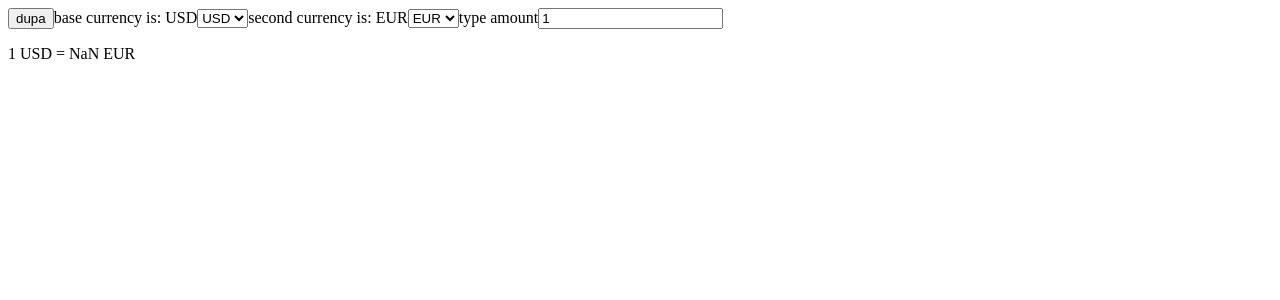
Repository: olorin44/currency
Page: index.html
An editor plug-in stored every save of this project. The page is shown before and after the next save, followed by the edit.
The browser window is 1280 px wide. The pictures show the whole page.

Above is the page before, as saved 2019-03-31 21:20:11.

### index.html
<!DOCTYPE html>
<html>
  <head>
    <meta charset="UTF-8" />
    <meta name="viewport" content="width=device-width, initial-scale=1.0" />
    <title>Currency exchange</title>
    <script
      src="https://unpkg.com/react@16/umd/react.development.js"
      crossorigin
    ></script>
    <script
      src="https://unpkg.com/react-dom@16/umd/react-dom.development.js"
      crossorigin
    ></script>
    <script src="https://unpkg.com/@babel/standalone/babel.min.js"></script>
  </head>
  <body>
    <div id="root"></div>
    <script type="text/babel" src="js/index.js"></script>
  </body>
</html>

### js/index.js
// const urlCurrency = "https://api.nbp.pl/api/exchangerates/rates/a/";

// let currencyDataTableAll = [];

// const getCurrencyData = () => {
//   fetch(urlCurrency + "GBP")
//     .then(resp => resp.json())
//     .then(resp => {
//       let currencyDataGBP = {
//         id: 1,
//         code: resp.code,
//         name: resp.currency,
//         rate: resp.rates[0].mid,
//         date: resp.rates[0].effectiveDate
//       };
//       currencyDataTableAll.push(currencyDataGBP);
//     });
//   fetch(urlCurrency + "USD")
//     .then(resp => resp.json())
//     .then(resp => {
//       let currencyDataUSD = {
//         id: 2,
//         code: resp.code,
//         name: resp.currency,
//         rate: resp.rates[0].mid,
//         date: resp.rates[0].effectiveDate
//       };
//       currencyDataTableAll.push(currencyDataUSD);
//     });
//   fetch(urlCurrency + "EUR")
//     .then(resp => resp.json())
//     .then(resp => {
//       let currencyDataEUR = {
//         id: 3,
//         code: resp.code,
//         name: resp.currency,
//         rate: resp.rates[0].mid,
//         date: resp.rates[0].effectiveDate
//       };
//       currencyDataTableAll.push(currencyDataEUR);
//     });
//   fetch(urlCurrency + "CHF")
//     .then(resp => resp.json())
//     .then(resp => {
//       let currencyDataCHF = {
//         id: 4,
//         code: resp.code,
//         name: resp.currency,
//         rate: resp.rates[0].mid,
//         date: resp.rates[0].effectiveDate
//       };
//       currencyDataTableAll.push(currencyDataCHF);
//     });
// };

// window.onload = getCurrencyData();

// const Cash = props => {
//   const value = (props.cash / props.rate).toFixed(2);
//   return (
//     <div>
//       {props.cash} {"PLN You can exchange for:"} {props.cash <= 0 ? "" : value}{" "}
//       {props.code} {", actual exchange rate is:"} {props.rate} {", dated on:"}{" "}
//       {props.date}
//     </div>
//   );
// };

// class CurrencyCheck extends React.Component {
//   state = {
//     amount: "",
//     currencyChosen: "GBP"
//   };

//   handleChange = event => {
//     this.setState({
//       amount: event.target.value
//     });
//   };

//   handleSelect = event => {
//     this.setState({
//       currencyChosen: event.target.value
//     });
//   };

//   render() {
//     const { amount, currencyChosen } = this.state;
//     const calculators = currencyDataTableAll.map(currency => (
//       <Cash
//         key={currency.id}
//         code={currency.code}
//         rate={currency.rate}
//         name={currency.name}
//         cash={amount}
//         date={currency.date}
//       />
//     ));
//     return (
//       <div className="app">
//         <label>
//           Choose currency
//           <select value={currencyChosen} onChange={this.handleSelect}>
//             <option value="GBP">GBP</option>
//             <option value="USD">USD</option>
//             <option value="EUR">EUR</option>
//             <option value="CHF">CHF</option>
//           </select>
//         </label>
//         <br />
//         <label>
//           <input
//             type="number"
//             value={this.state.amount}
//             onChange={this.handleChange}
//             placeholder="type a number in PLN"
//           />
//         </label>
//         {calculators}
//       </div>
//     );
//   }
// }

// ReactDOM.render(<CurrencyCheck />, document.getElementById("root"));

/////////////////////////////////////////////////////////////////////////////////////
const dupa = document.getElementById("dupa");

class CurrencyExchange extends React.Component {
  state = {
    currencies: [],
    rates: [],
    amount: 1,
    currency: "USD",
    secondCurrency: "EUR"
  };

  // componentDidMount() {
  //   this.getCurrencyData(this.state.currency);
  // }

  // window.onload = getCurrencyData(); //???

  getCurrencyData = base => {
    const urlApi = `https://api.exchangeratesapi.io/latest?base=${base}`;

    fetch(urlApi)
      .then(resp => {
        return resp.json();
      })
      .then(resp =>
        this.setState({
          rates: resp["rates"],
          currencies: Object.keys(resp["rates"]).sort()
          // currencies: Object.keys(data["rates"]) //moje
        })
      );
  };

  changeAmount = event => {
    this.setState({
      amount: event.target.value
    });
  };

  changeCurrency = event => {
    this.setState({ currency: event.target.value });
    this.getCurrencyData(event.target.value);
    // this.getCurrencyData(currency); //moje
  };

  changeSecondCurrency = event => {
    this.setState({ secondCurrency: event.target.value });
    // this.getCurrencyData(secondCurrency); //skasowane?
  };

  currencyConvert = (amount, rates, secondCurrency) => {
    return Number.parseFloat(amount * rates[secondCurrency]).toFixed(2);
  };

  render() {
    const { amount, rates, currency, currencies, secondCurrency } = this.state;
    const currencyOption = currencies.map(currency => (
      <option key={currency} value={currency}>
        {currency}
      </option>
    ));

    const displayScore = this.currencyConvert(amount, rates, secondCurrency);

    return (
      <div className="app">
        <div className="container">
          <button id="dupa" onClick={this.getCurrencyData}>
            dupa
          </button>
          <label>
            base currency is: {currency}
            <select value={currency} onChange={this.changeCurrency}>
              {currencyOption}
              <option>{currency}</option>
            </select>
          </label>
          <label>
            second currency is: {secondCurrency}
            <select value={secondCurrency} onChange={this.changeSecondCurrency}>
              {currencyOption}
              <option>{secondCurrency}</option>
            </select>
          </label>
          <label>
            type amount
            <input type="number" value={amount} onChange={this.changeAmount} />
          </label>
          <p className="exchange-info">
            {amount} {currency} = {displayScore} {secondCurrency}
          </p>
        </div>
      </div>
    );
  }
}

ReactDOM.render(<CurrencyExchange />, document.getElementById("root"));

After the next save:
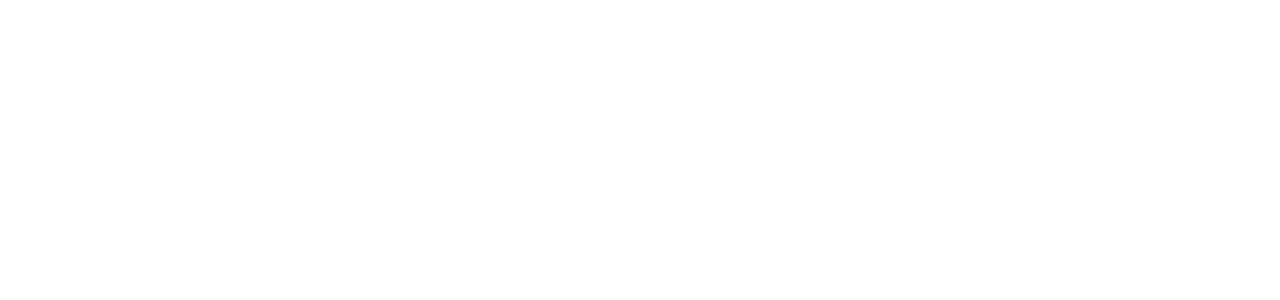
Console error: ReferenceError: state is not defined
Saved 2 min 8 s later.
--- a/js/index.js
+++ b/js/index.js
@@ -128,13 +128,24 @@
 const dupa = document.getElementById("dupa");
 
 class CurrencyExchange extends React.Component {
-  state = {
-    currencies: [],
-    rates: [],
-    amount: 1,
-    currency: "USD",
-    secondCurrency: "EUR"
-  };
+  constructor(props) {
+    super(props);
+    state = {
+      currencies: [],
+      rates: [],
+      amount: 1,
+      currency: "USD",
+      secondCurrency: "EUR"
+    };
+  }
+
+  // state = {
+  //   currencies: [],
+  //   rates: [],
+  //   amount: 1,
+  //   currency: "USD",
+  //   secondCurrency: "EUR"
+  // };
 
   // componentDidMount() {
   //   this.getCurrencyData(this.state.currency);

After the save that followed:
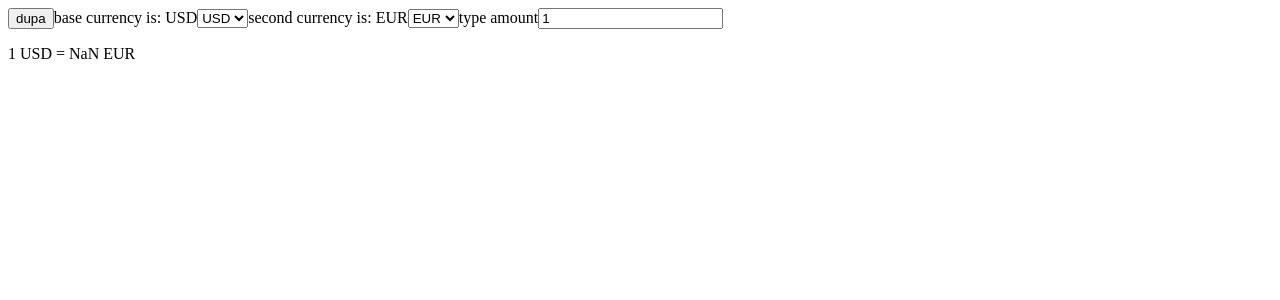
The error is gone.
Saved 23 s later.
--- a/js/index.js
+++ b/js/index.js
@@ -130,7 +130,7 @@
 class CurrencyExchange extends React.Component {
   constructor(props) {
     super(props);
-    state = {
+    this.state = {
       currencies: [],
       rates: [],
       amount: 1,
